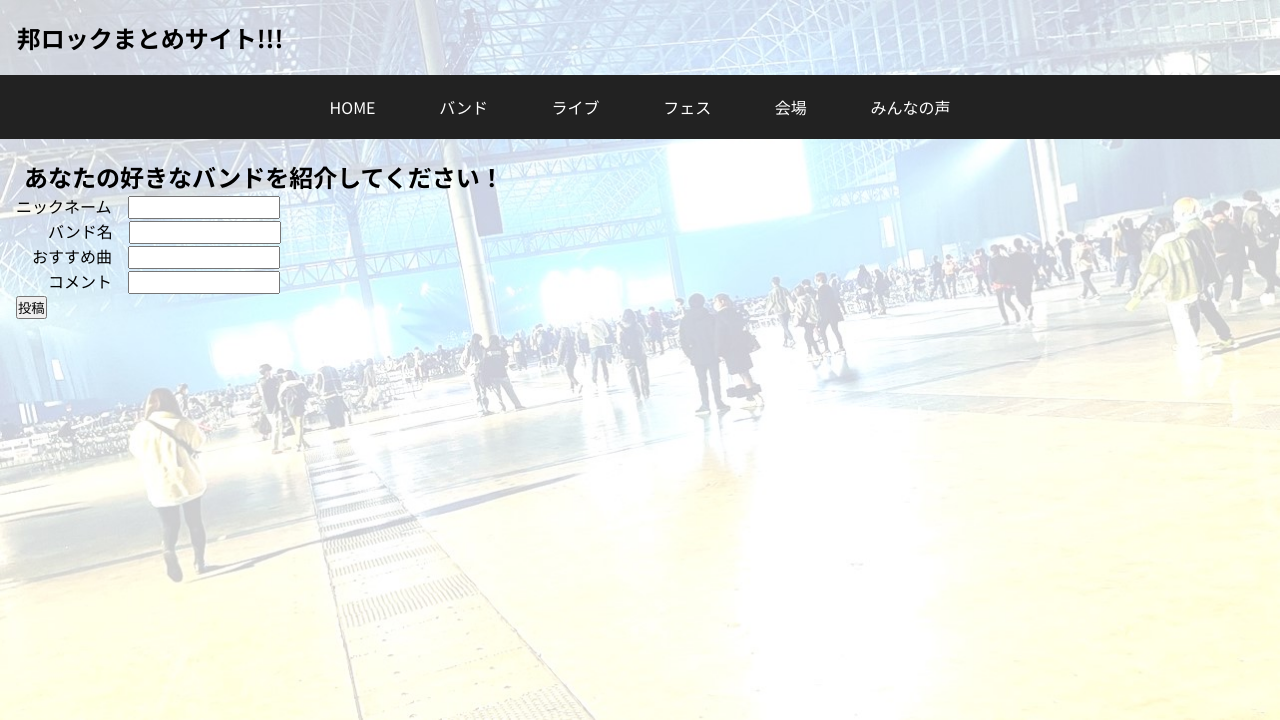
Repository: keimo15/web_live
Page: LetsEnjoyLive/src/main/webapp/reviewForm.html
The author's editor kept a copy of each file at every save. The page is drawn from the files as they stood at one save, then again after the next save.
The browser window is 1280 px wide. The pictures show the whole page.

Above is the page before, as saved 2023-07-02 23:28:57.

### LetsEnjoyLive/src/main/webapp/reviewForm.html
<!DOCTYPE html>
<html>
<head>
	<meta charset="UTF-8" name="viewport" content="width=device-width, initial-scale=1">
	<link href="style.css" rel="stylesheet" type="text/css" media="all" />
	<title>邦ロックまとめサイト!!!_みんなの声</title>
</head>
<body>
	<div class = "header">
        <nav>
            <h2 class="logo">邦ロックまとめサイト!!!</h2>
            <ul>
                <li><a href="home.html">HOME</a></li>
                <li><a href="band.jsp">バンド</a></li>
                <li><a href="live.jsp">ライブ</a></li>
                <li><a href="fes.jsp">フェス</a></li>
                <li><a href="place.jsp">会場</a></li>
                <li><a href="review.jsp">みんなの声</a></li>
            </ul>
        </nav>
    </div>

	<h2>　あなたの好きなバンドを紹介してください！</h2>
	<form action="/LetsEnjoyLive/reviewForm" method="post">
	　ニックネーム　<input type="text" name ="E_Name" /><br />
	　　　バンド名　<input type="text" name ="E_Band" /><br />
	　　おすすめ曲　<input type="text" name ="E_Song" /><br />
	　　　コメント　<input type="text" name ="E_Text" /><br />
	　<input type="submit" name="btn" value="投稿" />
	</form><br />
</body>
</html>

### LetsEnjoyLive/src/main/webapp/style.css
@import url("https://fonts.googleapis.com/css2?family=Noto+Sans+JP:wght@100;400;700&display=swap");

/* 基本情報 */
* {
    margin: 0;
    padding: 0;
    box-sizing: border-box;
    font-family: "Noto Sans JP", sans-serif;
}

/* 全体背景 */
body {
	background-color: #486d46;
	background-image: url("Portfolio_Rock_background.jpg");
	background-size: cover;
	background-position: center center;
	background-repeat: no-repeat;
	background-attachment: fixed;
}

/* ヘッダー */
.header {
    width: 100%;
    background-position: center;
    background-size: cover;
}

nav {
    width: 100%;
    padding: 20px 0;
    text-align: center;
}

/* サイトロゴ */
.logo {
    width: 300px;
    margin: 0 auto 20px 0;
    cursor: pointer;
}

nav ul {
    background: #222;
    list-style: none;
}

nav ul li {
    display: inline-block;
    list-style: none;
    margin: 20px 30px;
}

nav ul li a {
    text-decoration: none;
    color: white;
}

/* アンカー */
a:hover {
    color: #F00;
}

#Name {
	float: left;
	margin: 0 0 0 5%;
}

.other {
	clear: both;
	text-align: left;
	margin: 5% auto 0 5%;
}

.search {
	float: right;
	margin: 0 5% 0 0;
}

#apeal {
    font-size: 100px;
    width: 400px;
    margin: 20px;
    text-align: left;
    font-family: "MS P明朝";
}

#apeal_smaller {
	font-size: 40px;
    width: 400px;
    margin: 20px;
    text-align: left;
    font-family: "MS P明朝";
    color:#999;
}

After the next save:
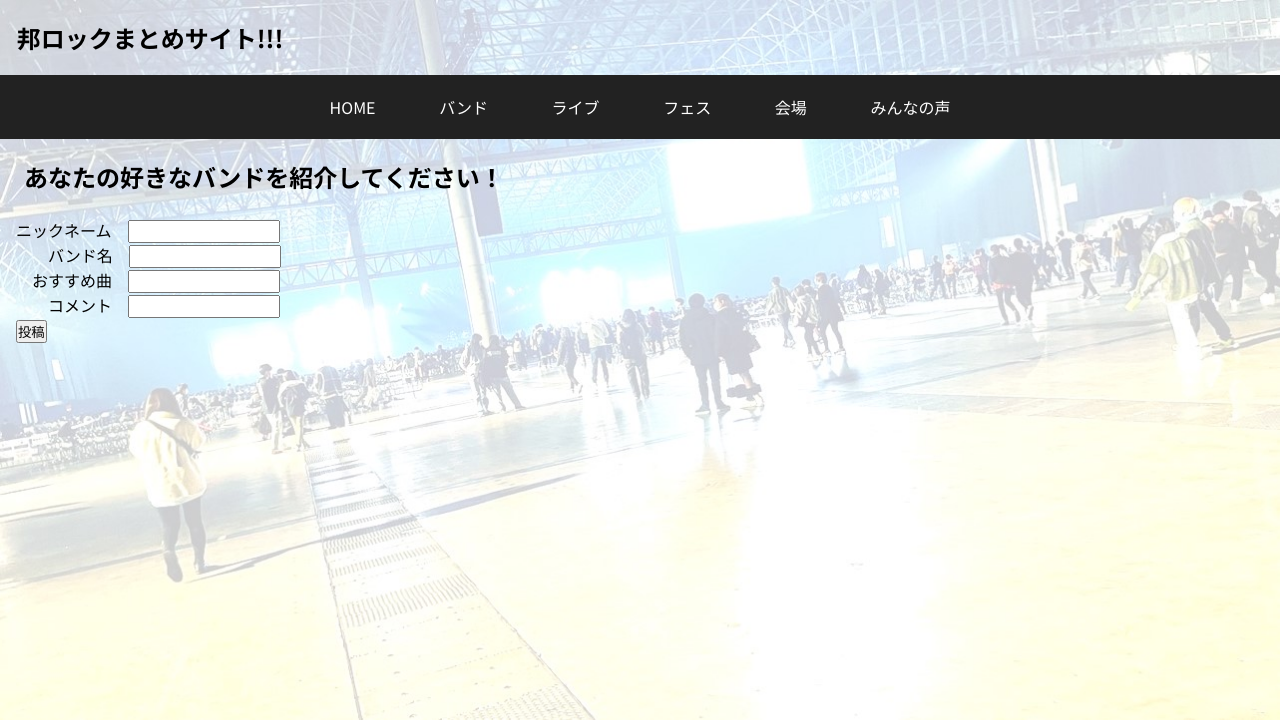
Saved 27 s later.
--- a/LetsEnjoyLive/src/main/webapp/reviewForm.html
+++ b/LetsEnjoyLive/src/main/webapp/reviewForm.html
@@ -20,7 +20,7 @@
         </nav>
     </div>
 
-	<h2>　あなたの好きなバンドを紹介してください！</h2>
+	<h2>　あなたの好きなバンドを紹介してください！</h2><br >
 	<form action="/LetsEnjoyLive/reviewForm" method="post">
 	　ニックネーム　<input type="text" name ="E_Name" /><br />
 	　　　バンド名　<input type="text" name ="E_Band" /><br />
